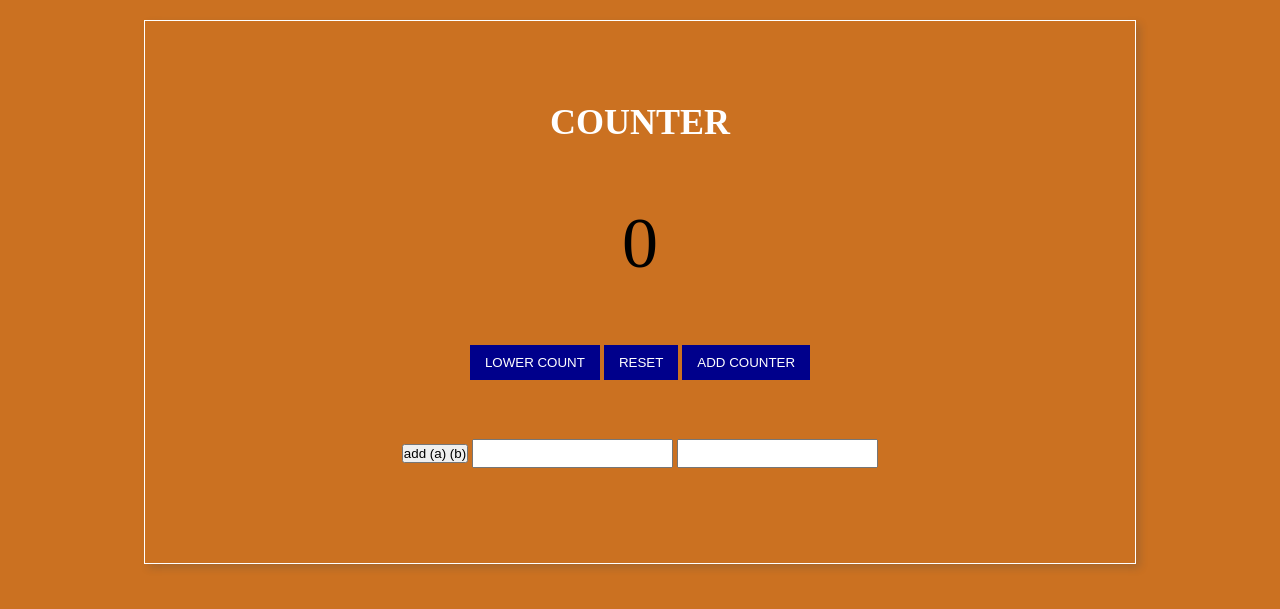
Repository: lusine-tech/counter
Page: index.html
These files come from the project's save history. The page is drawn as it stood at one moment and after a run of saves; the edit follows.
The browser window is 1280 px wide. The pictures show the whole page.

Above is the page before, as saved 2022-02-14 23:52:48.

### index.html
<!DOCTYPE html>
<html lang="en">

<head>
    <meta charset="UTF-8">
    <meta http-equiv="X-UA-Compatible" content="IE=edge">
    <meta name="viewport" content="width=device-width, initial-scale=1.0">
    <link rel="stylesheet" href="style.css">
    <title>counter</title>
</head>

<body>
    <section class="background">
        <div class="block">
            <h3 class="title">Counter</h3>
            <p class="num" id="value">0</p>
            <div class="buttons">
                <button class="btn" id="decrease">lower count</button>
                <button class="btn" id="reset">reset</button>
                <button class="btn" id="increase">add Counter</button>
            </div>
            <div class="inputs">
                <button class="sum">add (<span class="left-input">a</span>)
                    (<span class="right-input">b</span>)</button>
                <input type="number" class="left-number">
                <input type="number" class="right-number">
            </div>
        </div>
    </section>
    <script src="/script.js"></script>
</body>

</html>

### style.css
* {
    margin: 0;
    padding: 0;
    box-sizing: border-box;
}

.background {
    height: 100vh;
    width: 100vw;
    background-color: #cb7121;
    display: flex;
    justify-content: center;
    padding: 20px;
}

.block {
    display: flex;
    align-items: center;
    justify-content: space-around;
    flex-direction: column;

    height: 80%;
    width: 80%;
    border: 1px solid #fff;
    padding: 50px 20px;
    -webkit-box-shadow: 4px 4px 8px 0px rgba(34, 60, 80, 0.2);
    -moz-box-shadow: 4px 4px 8px 0px rgba(34, 60, 80, 0.2);
    box-shadow: 4px 4px 8px 0px rgba(34, 60, 80, 0.2);
}

.title {
    color: #fff;
    font-size: 36px;
    text-transform: uppercase;
}

.num {
    font-size: 72px;
}

input {
    padding: 5px 10px;
    outline: none;
}

.btn {
    padding: 10px 15px;
    color: #fff;
    cursor: pointer;
    transition: 0.5s ease;
    border: none;
    outline: none;
    background-color: #00008B;
    text-transform: uppercase;
}

.btn:hover {
    background-color: #303f9f;
}

.sum {
    text-align: center;
    margin-bottom: 20px;
}

### script.js
const decrease = document.querySelector("#decrease");
const increase = document.querySelector("#increase");
const reset = document.querySelector("#reset");
const num = document.querySelector("#value");
const leftNumber = document.querySelector(".left-number");
const righNumber = document.querySelector(".right-number");
const sum = document.querySelector(".sum");
 let leftInputValue = leftNumber.value;
 //document.querySelector(".left-input").innerHTML = leftInput;
 let rightInputValue = righNumber.value;
 //document.querySelector(".right-input").innerHTML = rightInput;



let integer = 0;
decrease.addEventListener("click", function () {
    integer -= 1;
    num.innerHTML = integer;
});

increase.addEventListener("click", function () {
    integer += 1;
    num.innerHTML = integer;
});

reset.addEventListener("click", function () {
    integer = 0;
    num.innerHTML = integer;
});


function add(a) {

    return function innerFunc(b) {

return a + b;
    }
};

sum.addEventListener("click", function () {
  add(leftInputValue)(rightInputValue);


});

After the next 3 saves:
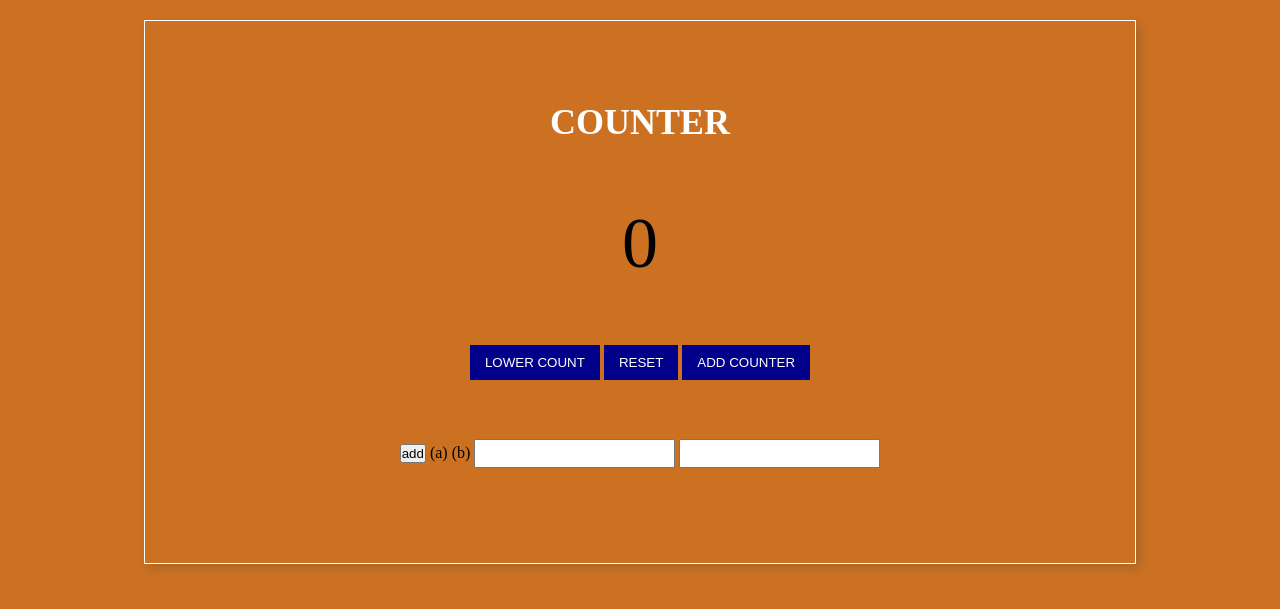
The 3 saves are shown as one change because they came seconds apart.
The last was saved 41 s later.
--- a/index.html
+++ b/index.html
@@ -20,8 +20,8 @@
                 <button class="btn" id="increase">add Counter</button>
             </div>
             <div class="inputs">
-                <button class="sum">add (<span class="left-input">a</span>)
-                    (<span class="right-input">b</span>)</button>
+                <button class="sum">add </button> (<span class="left-input">a</span>)
+                    (<span class="right-input">b</span>)
                 <input type="number" class="left-number">
                 <input type="number" class="right-number">
             </div>
